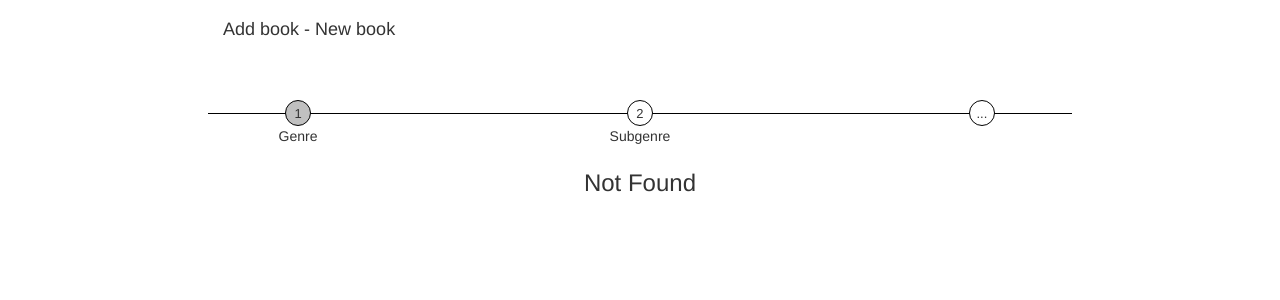
Repository: GregorPiev/angularjs-add-book
Page: index.html
An editor plug-in stored every save of this project. The page is shown before and after the next save, followed by the edit.
The browser window is 1280 px wide. The pictures show the whole page.

Above is the page before, as saved 2020-10-05 10:54:23.

### index.html
<!DOCTYPE html>
<html lang="en" ng-app="addBook">
	<head>
		<meta charset="UTF-8" />
		<meta name="viewport" content="width=device-width, initial-scale=1.0" />
		<title>Add Book - Test AngularJS</title>
		<base href="/" />
		<link
			rel="stylesheet"
			href="node_modules/bootstrap/dist/css/bootstrap.min.css"
			type="text/css"
		/>
		<link rel="stylesheet" href="app/style/style.css" />
	</head>
	<body>
		<div class="container-fluid">
			<div class="row">
				<div
					class="col-md-10 col-md-offset-1 col-sm-10 col-sm-offset-1 col-lg-10 col-lg-offset-1"
				>
					<main></main>
				</div>
			</div>
		</div>
		<script src="node_modules/angular/angular.min.js"></script>
		<script src="node_modules/angular-route/angular-route.min.js"></script>
		<script src="node_modules/angular-resource/angular-resource.min.js"></script>

		<script src="app/app.module.js"></script>
		<script src="app/app.config.js"></script>

		<script src="app/main/main.module.js"></script>
		<script src="app/main/main.component.js"></script>
		<script src="app/main/component/main.controller.js"></script>

		<script src="app/genre/genre.module.js"></script>
		<script src="app/genre/genre.component.js"></script>
		<script src="app/genre/component/genre.controller.js"></script>

		<script src="app/subgenre/subgenre.module.js"></script>
		<script src="app/subgenre/subgenre.component.js"></script>
		<script src="app/subgenre/component/subgenre.controller.js"></script>

		<script src="app/add-subgenre/add-subgenre.module.js"></script>
		<script src="app/add-subgenre/add-subgenre.component.js"></script>
		<script src="app/add-subgenre/component/add-subgenre.controller.js"></script>

		<script src="app/book/book.module.js"></script>
		<script src="app/book/book.component.js"></script>
		<script src="app/book/component/book.controller.js"></script>

		<script src="app/add-book/add-book.module.js"></script>
		<script src="app/add-book/add-book.component.js"></script>
		<script src="app/add-book/component/add-book.controller.js"></script>

		<script src="app/edit-book/edit-book.module.js"></script>
		<script src="app/edit-book/edit-book.component.js"></script>
		<script src="app/edit-book/component/edit-book.controller.js"></script>

		<script src="app/success/success.module.js"></script>
		<script src="app/success/success.component.js"></script>
		<script src="app/success/component/success.controller.js"></script>

		<script src="app/service/service.module.js"></script>
		<script src="app/service/service.service.js"></script>
	</body>
</html>

### app/style/style.css
.list-group {
  display: flex;
  align-items: stretch;
  flex-wrap: wrap;
  justify-content: space-between;
  align-content: space-between;
}

button.list-group-item {
  display: inline-block;
  box-sizing: border-box;
  width: 150px;
  border-radius: 5px;
  text-align: center;
  margin-top: 15px;
}
button.list-group-item.choosed {
  background-color: black;
  color: white;
}
.button-row {
  width: 100%;
  box-sizing: border-box;
  margin: 5px 10px 5px 0;
  text-align: right;
}
input[type='checkbox'] {
  width: 34px;
  margin-right: 0;
  padding-right: 0;
  display: inline-block;
}
label.check {
  width: 100%;
  display: inline;
}
.success {
  width: 360px;
  height: 360px;
  line-height: 90px;
  text-align: center;
  margin: 30px auto;
}
.success-title {
  font-size: 24px;
  margin-bottom: 30px;
}
.block-step {
  display: flex;
  align-items: stretch;
  flex-wrap: wrap;
  justify-content: space-between;
  align-content: space-between;
  margin-top: 50px;
}
.step {
  width: 150px;
  height: 50px;
  text-align: center;
  z-index: 10;
}
.step-number {
  width: 26px;
  height: 26px;
  border-radius: 13px;
  border: solid 1px black;
  text-align: center;
  font-size: 13px;
  background-color: white;
  margin: auto auto;
  line-height: 26px;
}
.line {
  position: absolute;
  width: 100%;
  height: 1px;
  background-color: black;
  left: 0px;
  top: 13px;
  z-index: 1;
}
.step-display {
  display: none;
}
.step-choosed {
  background-color: silver;
}
h1.main-title {
  font-size: 18px;
}

### app/app.module.js
'use strict'
angular.module('addBook', [
    'ngRoute',
    'ngResource',

    'main',
    'genre',
    'subgenre',
    'addSubgenre',
    'book',
    'addBookItem',
    'editBook',
    'success'
]);

### app/app.config.js
'use strict'
angular.module('addBook')
    .config(function (
        $locationProvider,
        $routeProvider
    ) {
        $locationProvider.html5Mode({ enabled: true });
        $routeProvider
            .when('/', {
                template: "<genre></genre>"
            })
            .when('/subgenre/:id', {
                template: '<subgenre></subgenre>'
            })
            .when('/add-subgenre/:id', {
                template: '<add-subgenre></add-subgenre>'
            })
            .when('/book/:id/:idSubGenre', {
                template: '<book></book>'
            })
            .when('/add-book/:id/:idb', {
                template: '<add-book-item></add-book-item>'
            })
            .when('/edit-book/:id/:idb', {
                template: '<edit-book></edit-book>'
            })
            .when('/success', {
                template: '<success></success>'
            })
            .otherwise({
                template: '<h3>Not Found</h3>'
            })
    });

### app/main/main.module.js
'use strict'
angular.module('main', []);

### app/main/main.component.js
angular.module('main')
    .component('main', {
        templateUrl: '/app/main/component/main.template.html',
        controller: 'mainController',
        controllerAs: 'Main'
    })

### app/main/component/main.controller.js
'use strict'
angular.module('main')
    .controller('mainController', function ($scope) {
        $scope.step = 1;
        $scope.$on('step', function (event, value) {
            $scope.step = value;
        });

    })

### app/genre/genre.module.js
'use strict'
angular.module('genre', ['service']);

### app/genre/genre.component.js
angular.module('genre')
    .component('genre', {
        templateUrl: '/app/genre/component/genre.template.html',
        controller: 'genreController',
        controllerAs: 'Genre'
    })

### app/genre/component/genre.controller.js
angular.module('genre')
    .controller('genreController', function ($scope, GetGenre, $location) {
        $scope.genreList = [];
        $scope.choosedId = null;
        $scope.$emit("step", 1);
        $scope.disabledList = true;
        $scope.disabledAdd = true;

        GetGenre.get().$promise
            .then(function (data) {
                angular.forEach(data, function (item, index) {
                    // console.log('Genre item:', item)
                    // console.log('Genre index:', index)
                    var genreItem = {
                        id: index,
                        name: item.name
                    }
                    $scope.genreList.push(genreItem);
                })
            });

        $scope.chooseGenre = function (id) {
            $scope.choosedId = id;
            if ($scope.choosedId === -1) {
                $scope.disabledAdd = false;
                $scope.disabledList = true;
            } else if ($scope.choosedId !== -1 || $scope.choosedId !== null) {
                $scope.disabledList = false;
                $scope.disabledAdd = true;
            } else {
                $scope.disabledList = true;
                $scope.disabledAdd = true;
            }
        }
        $scope.moveFroward = function () {
            $location.path(`/subgenre/${$scope.choosedId}`);
        }

        $scope.addGenre = function () { }
    })

### app/subgenre/subgenre.module.js
'use strict'
angular.module('subgenre', []);

### app/subgenre/subgenre.component.js
angular.module('subgenre')
    .component('subgenre', {
        templateUrl: '/app/subgenre/component/subgenre.template.html',
        controller: 'subgenreController'
    })

### app/subgenre/component/subgenre.controller.js
'use strict'
angular.module('subgenre')
    .controller('subgenreController', function ($scope, $routeParams, GetSubGenre, $location) {
        var id = $routeParams.id;
        $scope.$emit("step", 2);

        $scope.subGenreList = [];
        $scope.choosedId = null;
        $scope.disabledList = true;
        $scope.disabledAdd = true;

        GetSubGenre.get({ id: id }).$promise
            .then(function (date) {
                console.log('Subgenre:', date);
                $scope.subGenreList = date['subgenres'];
            });

        $scope.chooseItem = function (id) {
            $scope.choosedId = id;
            if ($scope.choosedId === -1) {
                $scope.disabledAdd = false;
                $scope.disabledList = true;
            } else if ($scope.choosedId !== -1 || $scope.choosedId !== null) {
                $scope.disabledList = false;
                $scope.disabledAdd = true;
            } else {
                $scope.disabledList = true;
                $scope.disabledAdd = true;
            }
        }
        $scope.moveFroward = function () {
            if (+$scope.choosedId === -1) {
                $location.path(`/add-subgenre/${id}`);
            } else {
                $location.path('/');
            }

        }

        $scope.getBooksList = function () {
            $location.path(`/book/${id}/${$scope.choosedId}`);
        }
        $scope.moveBack = function () {
            $location.path('/');
        }
    })

### app/add-subgenre/add-subgenre.module.js
'use strict'
angular.module('addSubgenre', []);

### app/add-subgenre/add-subgenre.component.js
'use strict'
angular.module('addSubgenre')
    .component('addSubgenre', {
        templateUrl: '/app/add-subgenre/component/add-subgenre.template.html',
        controller: 'addSubgenreController'
    })

### app/add-subgenre/component/add-subgenre.controller.js
'use strict'
angular.module('addSubgenre')
    .controller('addSubgenreController', function ($scope, $routeParams, $location, AddSubgenre) {
        $scope.idGenre = $routeParams.id;
        $scope.$emit("step", 3);

        $scope.name = '';
        $scope.index = -1;
        $scope.id = 0;
        $scope.subgenres = [];
        $scope.isDescriptionRequired = false;




        $scope.saveVal = function () {

            AddSubgenre.get({ id: $scope.idGenre }).$promise
                .then(function (genreObject) {
                    console.log('genreObject:', genreObject);
                    angular.forEach(genreObject['subgenres'], function (item, index) {
                        console.log('Add Subgenre item:', item)
                        $scope.id = item.id;
                        $scope.index = ++index;
                    })

                    var newItem = {
                        'id': ++$scope.id,
                        'isDescriptionRequired': $scope.isDescriptionRequired,
                        'name': $scope.name

                    }

                    genreObject['subgenres'].push(newItem);
                    console.log('genreObject After Add:', genreObject);
                    AddSubgenre.update({ id: $scope.idGenre }, genreObject).$promise
                        .then(function (result) {
                            $location.path(`/add-book/${$scope.idGenre}/${$scope.id}`);
                        });
                });

        }

        $scope.moveBack = function () {
            $location.path(`/subgenre/${$scope.idGenre}`);
        }
    });

### app/book/book.module.js
'use strict'
angular.module('book', []);

### app/book/book.component.js
angular.module('book')
    .component('book', {
        templateUrl: '/app/book/component/book.template.html',
        controller: 'bookController'
    })

### app/book/component/book.controller.js
'use strict'
angular.module('book')
    .controller('bookController', function ($scope, $routeParams, GetSubGenre, $location) {
        var idGenre = $routeParams.id;
        var idSubGenre = $routeParams.idSubGenre;
        $scope.$emit("step", 2);

        $scope.genreList = [];
        $scope.booksList = [];
        $scope.choosedId = null;

        $scope.disabledEdit = true;
        $scope.disabledAdd = true;

        GetSubGenre.get({ id: idGenre }).$promise
            .then(function (genreList) {
                console.log('Subgenre:', genreList);

                var index = genreList['subgenres'].findIndex(function (item) {
                    return +idSubGenre === item.id;
                })
                console.log('Index:', index);
                console.log('genreObject by Index', genreList['subgenres'][index]);

                if (genreList['subgenres'][index]['books']) {
                    console.log('Exist book array')
                    $scope.booksList = genreList['subgenres'][index]['books'];
                    console.log('Book Items', $scope.booksList)
                } else {
                    console.log('Not Exist book array')
                    $scope.booksList = [];
                }
            });

        $scope.addBook = function () {
            $location.path(`/add-book/${$scope.idGenre}/${$scope.idSubGenre}`);
        }
        $scope.chooseItem = function (id) {
            $scope.choosedId = id;
            if ($scope.choosedId === -1) {
                $scope.disabledAdd = false;
                $scope.disabledEdit = true;
            } else if ($scope.choosedId !== -1 || $scope.choosedId !== null) {
                $scope.disabledEdit = false;
                $scope.disabledAdd = true;
            } else {
                $scope.disabledEdit = true;
                $scope.disabledAdd = true;
            }
        }
        $scope.editBook = function () {
            if (+$scope.choosedId === -1) {
                $location.path(`/edit-book/${$scope.idGenre}/${$scope.idSubGenre}/${$scope.choosedId}`);
            }

        }
        $scope.moveBack = function () {
            $location.path(`/subgenre/${idGenre}`);
        }
    })

### app/add-book/add-book.module.js
'use strict'
angular.module('addBookItem', []);

### app/add-book/add-book.component.js
'use strict'
angular.module('addBookItem')
    .component('addBookItem', {
        templateUrl: '/app/add-book/component/add-book.template.html',
        controller: 'addBookItemController'
    });

### app/edit-book/edit-book.module.js
'use strict'
angular.module('editBook', []);

### app/edit-book/edit-book.component.js
'use strict'
angular.module('editBook')
    .component('editBookItem', {
        templateUrl: '/app/edit-book/component/edit-book.template.html',
        controller: 'editBookController'
    });

### app/edit-book/component/edit-book.controller.js
'use strict'
angular.module('editBook')
    .controller('editBookController', function ($scope, $routeParams, $location, AddBook) {
        $scope.$emit("step", 4);

        $scope.idGenre = $routeParams.id;
        $scope.idSubGenre = $routeParams.idb;

        $scope.title = '';
        $scope.author = '';
        $scope.isbn = '';
        $scope.publisher = '';
        $scope.date = '';
        $scope.pages = '';
        $scope.format = '';
        $scope.edition = '';
        $scope.language = '';
        $scope.description = '';
        var idBook = -1;

        $scope.sendVal = function () {
            AddBook.get({ id: $scope.idGenre }).$promise
                .then(function (genreObject) {
                    console.log('genreObject:', genreObject);

                    var index = genreObject['subgenres'].findIndex(function (item) {
                        return +$scope.idSubGenre === item.id;
                    })

                    console.log('Index:', index);
                    console.log('genreObject by Index', genreObject['subgenres'][index]);


                    if (genreObject['subgenres'][index]['books']) {
                        console.log('Exist book array')
                        item = genreObject['subgenres'][index]['books'][subgenreItem['books'].length - 1].id;
                        console.log('Book Item', item)
                        idBook = ++item.id
                    } else {
                        console.log('Not Exist book array')
                        genreObject['subgenres'][index]['books'] = [];
                        idBook = 1;
                    }


                    var newItem = {
                        id: idBook,
                        title: $scope.title,
                        author: $scope.author,
                        isbn: $scope.isbn,
                        publisher: $scope.publisher,
                        date: $scope.date,
                        pages: $scope.pages,
                        format: $scope.format,
                        edition: $scope.edition,
                        language: $scope.language,
                        description: $scope.description

                    }
                    console.log('newItem:', newItem);

                    genreObject['subgenres'][index]['books'].push(newItem)

                    console.log('New genreObject:', genreObject)
                    AddBook.update({ id: $scope.idGenre }, genreObject).$promise
                        .then(function (result) {
                            console.log('Result:', result)
                            $location.path(`/success`);
                        });

                });
        };



        $scope.moveBack = function () {
            $location.path(`/subgenre/${$scope.idGenre}`);
        }
    });

### app/success/success.module.js
angular.module('success', []);

### app/success/success.component.js
'use strict'
angular.module('success')
    .component('success', {
        templateUrl: '/app/success/component/success.template.html',
        controller: 'successController'
    })

### app/success/component/success.controller.js
angular.module('success')
    .controller('successController', function ($scope, $location) {
        $scope.title = 'Book added successfully';
        $scope.$emit("step", 5);

        $scope.next = function () {
            $location.path('/');
        }

    })

### app/service/service.module.js
'use strict'
angular.module('service', ['ngResource']);

### app/service/service.service.js
'use strict'
angular.module('service')
    .factory('Service', function ($resource) {
        var url = '/data/data.json'; //https://angularjs-addbook.firebaseio.com/
        // var url = 'https://angularjs-addbook.firebaseio.com/';
        return $resource(url, {},
            {
                query: {
                    method: "GET",
                    params: { id: '@_id' },
                    isArray: false,
                    cache: false
                },
                get: {
                    method: "GET",
                    isArray: false,
                    cache: false
                },
                update: {
                    method: "PUT"
                }
            })


    })
    .factory('GetGenre', function ($resource) {
        var url = 'https://angularjs-addbook.firebaseio.com/genres.json';
        return $resource(url, {},
            {
                get: {
                    method: "GET",
                    isArray: true,
                    cache: false

                }
            })
    })
    .factory('GetSubGenre', function ($resource) {
        var url = 'https://angularjs-addbook.firebaseio.com/genres/:id.json';
        return $resource(url);

    })
    .factory('AddSubgenre', function ($resource) {
        var url = 'https://angularjs-addbook.firebaseio.com/genres/:id.json';
        return $resource(url, { id: '@idGenre' },
            {
                get: {
                    method: "GET",
                    isArray: false,
                    cache: false

                },
                update: {
                    method: "PATCH",
                    params: { id: "@idGenre" }
                }
            });

    })
    .factory('AddBook', function ($resource) {
        var url = 'https://angularjs-addbook.firebaseio.com/genres/:id.json';
        return $resource(url, { id: '@idGenre' },
            {
                get: {
                    method: "GET",
                    isArray: false,
                    cache: false

                },
                update: {
                    method: "PATCH",
                    params: { id: "@idGenre" }
                }
            });

    })

### app/main/component/main.template.html
<div class="container-fluid">
	<div class="row">
		<div
			class="col-md-10 col-md-offset-1 col-sm-offset-1 col-sm-10 col-xs-offset-1 col-xs-10 text-left"
		>
			<h1 class="main-title">Add book - New book</h1>
		</div>
	</div>
	<div class="row">
		<div class="col-md-10 col-md-offset-1 text-center block-step">
			<div class="line" ng-class="{'step-display': step==5}"></div>
			<div class="step" ng-class="{'step-display': step==5}">
				<div class="step-number" ng-class="{'step-choosed': step==1}">1</div>
				Genre
			</div>
			<div class="step" ng-class="{'step-display': step==5}">
				<div class="step-number" ng-class="{'step-choosed': step==2}">2</div>
				Subgenre
			</div>

			<div class="step" ng-class="{'step-display': step!=8}">
				<div class="step-number" ng-class="{'step-choosed': step==8}">8</div>
				Edit Subgenre
			</div>

			<div class="step" ng-class="{'step-display': step!=6}">
				<div class="step-number" ng-class="{'step-choosed': step==6}">6</div>
				Book List
			</div>

			<div class="step" ng-class="{'step-display': step!=7}">
				<div class="step-number" ng-class="{'step-choosed': step==6}">7</div>
				Edit Book
			</div>

			<div
				class="step"
				ng-class="{'step-display': step==5 || step==3 || step==4}"
			>
				<div class="step-number">...</div>
			</div>

			<div
				class="step"
				ng-class="{'step-display': step==5 || step==1 || step==2}"
			>
				<div class="step-number" ng-class="{'step-choosed': step==3}">3</div>
				Add new subgenre
			</div>

			<div
				class="step"
				ng-class="{'step-display': step==5 || step==1 || step==2}"
			>
				<div class="step-number" ng-class="{'step-choosed': step==4}">4</div>
				Information
			</div>
		</div>

		<div class="col-md-10 col-md-offset-1 text-center">
			<div ng-view></div>
		</div>
	</div>
</div>

### app/edit-subgenre/edit-subgenre.module.js
'use strict'
angular.module('editSubgenre', []);

### app/edit-subgenre/edit-subgenre.component.js
'use strict'
angular.module('editSubgenre')
    .component('editSubgenre', {
        templateUrl: '/app/edit-subgenre/component/edit-subgenre.template.html',
        controller: 'editSubgenreController'
    })

### app/edit-subgenre/component/edit-subgenre.controller.js
'use strict'
angular.module('editSubgenre')
    .controller('editSubgenreController', function ($scope, $routeParams, $location, AddSubgenre) {
        $scope.idGenre = $routeParams.id;
        $scope.$emit("step", 8);

        $scope.name = '';
        $scope.index = -1;
        $scope.id = 0;
        $scope.subgenres = [];
        $scope.isDescriptionRequired = false;




        $scope.saveVal = function () {

            AddSubgenre.get({ id: $scope.idGenre }).$promise
                .then(function (genreObject) {
                    console.log('genreObject:', genreObject);
                    angular.forEach(genreObject['subgenres'], function (item, index) {
                        console.log('Add Subgenre item:', item)
                        $scope.id = item.id;
                        $scope.index = ++index;
                    })

                    var newItem = {
                        'id': ++$scope.id,
                        'isDescriptionRequired': $scope.isDescriptionRequired,
                        'name': $scope.name

                    }

                    genreObject['subgenres'].push(newItem);
                    console.log('genreObject After Add:', genreObject);
                    AddSubgenre.update({ id: $scope.idGenre }, genreObject).$promise
                        .then(function (result) {
                            $location.path(`/add-book/${$scope.idGenre}/${$scope.id}`);
                        });
                });

        }

        $scope.moveBack = function () {
            $location.path(`/subgenre/${$scope.idGenre}`);
        }
    });

Loaded but not shown: node_modules/bootstrap/dist/css/bootstrap.min.css (library); node_modules/angular/angular.min.js (library); node_modules/angular-route/angular-route.min.js (library); node_modules/angular-resource/angular-resource.min.js (library); app/add-book/component/add-book.controller.js (79 lines, source omitted)

After the next save:
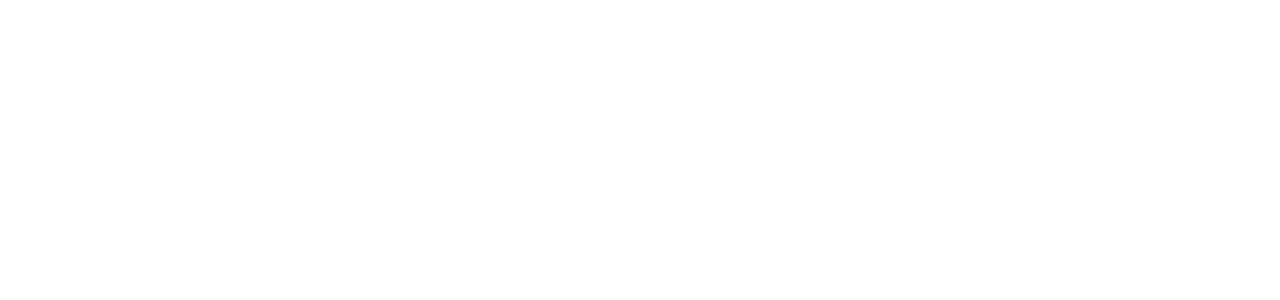
Console error (its wording comes from the project's code and is left out).
Saved 31 s later.
--- a/app/app.module.js
+++ b/app/app.module.js
@@ -7,6 +7,7 @@
     'genre',
     'subgenre',
     'addSubgenre',
+    'editSubgenre',
     'book',
     'addBookItem',
     'editBook',

After the save that followed:
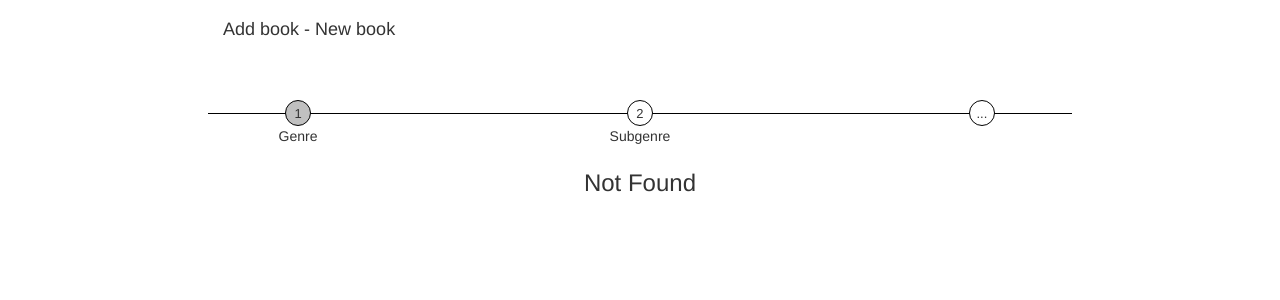
The error is gone.
Saved 48 s later.
--- a/index.html
+++ b/index.html
@@ -45,6 +45,10 @@
 		<script src="app/add-subgenre/add-subgenre.component.js"></script>
 		<script src="app/add-subgenre/component/add-subgenre.controller.js"></script>
 
+		<script src="app/edit-subgenre/edit-subgenre.module.js"></script>
+		<script src="app/edit-subgenre/edit-subgenre.component.js"></script>
+		<script src="app/edit-subgenre/component/edit-subgenre.controller.js"></script>
+
 		<script src="app/book/book.module.js"></script>
 		<script src="app/book/book.component.js"></script>
 		<script src="app/book/component/book.controller.js"></script>
